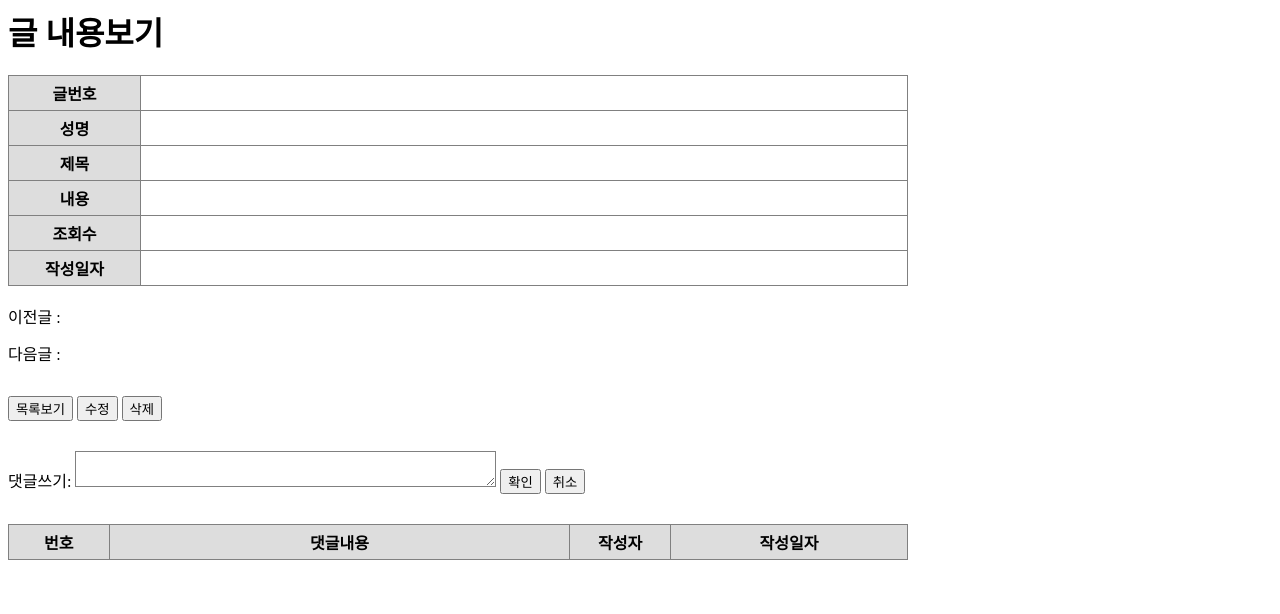
Repository: gold37/Spring
Page: http://localhost/Board/WEB-INF/views/tiles1/board/view.jsp
These files come from the project's save history. The page is drawn as it stood at one moment and after the next save; the edit follows.
The browser window is 1280 px wide. The pictures show the whole page.
The page is served by Tomcat 9. Nobody is signed in. Other server files are loaded and not shown. The template is opened directly, without the code that normally fills it, so the values that code supplies are empty.

Above is the page before, as saved 2020-07-17 06:48:34.
Console error: ReferenceError: $ is not defined

### springworkspace/Board/src/main/webapp/WEB-INF/views/tiles1/board/view.jsp
<%@ page language="java" contentType="text/html; charset=UTF-8"
    pageEncoding="UTF-8"%>

<%@ taglib prefix="c" uri="http://java.sun.com/jsp/jstl/core" %>

<style>

table, th, td, input, textarea {
	border: solid gray 1px;
}

#table, #table2 {
	border-collapse: collapse;
 	width: 900px;
}

#table th, #table td{padding: 5px;}
#table th{width: 120px; background-color: #DDDDDD;}
#table td{width: 750px;}
.long {width: 470px;}
.short {width: 120px;}

.move {cursor: pointer;}
.moveColor {font-weight: bold;}

a {text-decoration: none !important;}


</style>

<script type="text/javascript">

	$(document).ready(function(){

		$(".move").hover(function(){
						$(this).addClass("moveColor");
					},
					function(){
						$(this).removeClass("moveColor");
					});

	});


</script>


<div style="">
	<h1>글 내용보기</h1>

	<table id="table" style="word-wrap: break-word; table-layout: fixted;">
		<tr>
			<th>글번호</th>
			<td>${boardvo.seq}</td>
		</tr>
		<tr>
			<th>성명</th>
			<td>${boardvo.name}</td>
		</tr>
		<tr>
			<th>제목</th>
			<td>${boardvo.subject}</td>
		</tr>
		<tr>
			<th>내용</th>
			<td>
				<p style="word-break: break-all;">${boardvo.content}</p>
				<%--
					style="word-break: break-all; 은 공백없는 긴영문일 경우 width 크기를 뚫고 나오는 것을 막는 것임.
					그런데 style="word-break: break-all; 나 style="word-wrap: break-word; 은
			       	테이블태그의 <td>태그에는 안되고 <p> 나 <div> 태그안에서 적용되어지므로 <td>태그에서 적용하려면
			    	<table>태그속에 style="word-wrap: break-word; table-layout: fixed;" 을 주면 된다.
				--%>
			</td>
		</tr>
		<tr>
			<th>조회수</th>
			<td>${boardvo.readCount}</td>
		</tr>
		<tr>
			<th>작성일자</th>
			<td>${boardvo.regDate}</td>
		</tr>
	</table>

	<br/>

	<div style="margin-bottom: 1%;">이전글&nbsp;:&nbsp;<span class="move" onclick="javascript:location.href='view.action?seq=${boardvo.previousseq}'">${boardvo.previoussubject}</span></div>
	<div style="margin-bottom: 1%;">다음글&nbsp;:&nbsp;<span class="move" onclick="javascript:location.href='view.action?seq=${boardvo.nextseq}'">${boardvo.nextsubject}</span></div>

	<br/>

	<button type="button" onclick="javascript:location.href='list.action'" >목록보기</button>
	<button type="button" onclick="javascript:location.href='edit.action?seq=${boardvo.seq}'" >수정</button>
	<button type="button" onclick="javascript:location.href='delete.action?seq=${boardvo.seq}'" >삭제</button>


	<div style="margin-top: 30px;">
		댓글쓰기:
		<textarea rows="2" cols="50"></textarea>
		<button>확인</button>
		<button>취소</button>
	</div>

	<table id="table" style="margin-top: 30px;">
		<tr>
			<th style="width: 70px;  text-align: center;">번호</th>
			<th style="width: 360px; text-align: center;">댓글내용</th>
			<th style="width: 70px;  text-align: center;">작성자</th>
			<th style="width: 180px; text-align: center;">작성일자</th>
		</tr>
		<c:forEach var="boardvo" items="${boardList}" varStatus="status">
			<tr>
				<td align="center">${boardvo.seq}</td>
				<td align="left">
					<span class="subject" onclick="goView('${boardvo.seq}')">${boardvo.subject}</span>
				</td>
				<td align="center">${boardvo.content}</td>
				<td align="center">${boardvo.name}</td>
				<td align="center">${boardvo.regDate}</td>
		</c:forEach>
	</table>

</div>

After the next save:
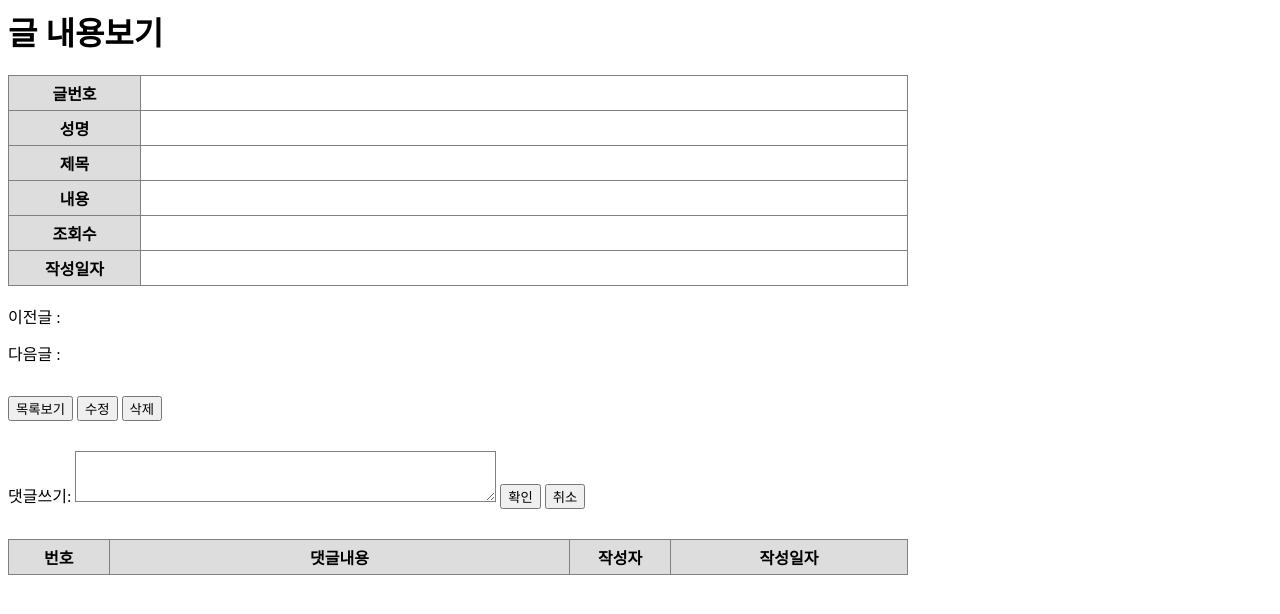
Saved 8 s later.
--- a/springworkspace/Board/src/main/webapp/WEB-INF/views/tiles1/board/view.jsp
+++ b/springworkspace/Board/src/main/webapp/WEB-INF/views/tiles1/board/view.jsp
@@ -97,7 +97,7 @@
 
 	<div style="margin-top: 30px;">
 		댓글쓰기:
-		<textarea rows="2" cols="50"></textarea>
+		<textarea rows="3" cols="50"></textarea>
 		<button>확인</button>
 		<button>취소</button>
 	</div>

After the save that followed:
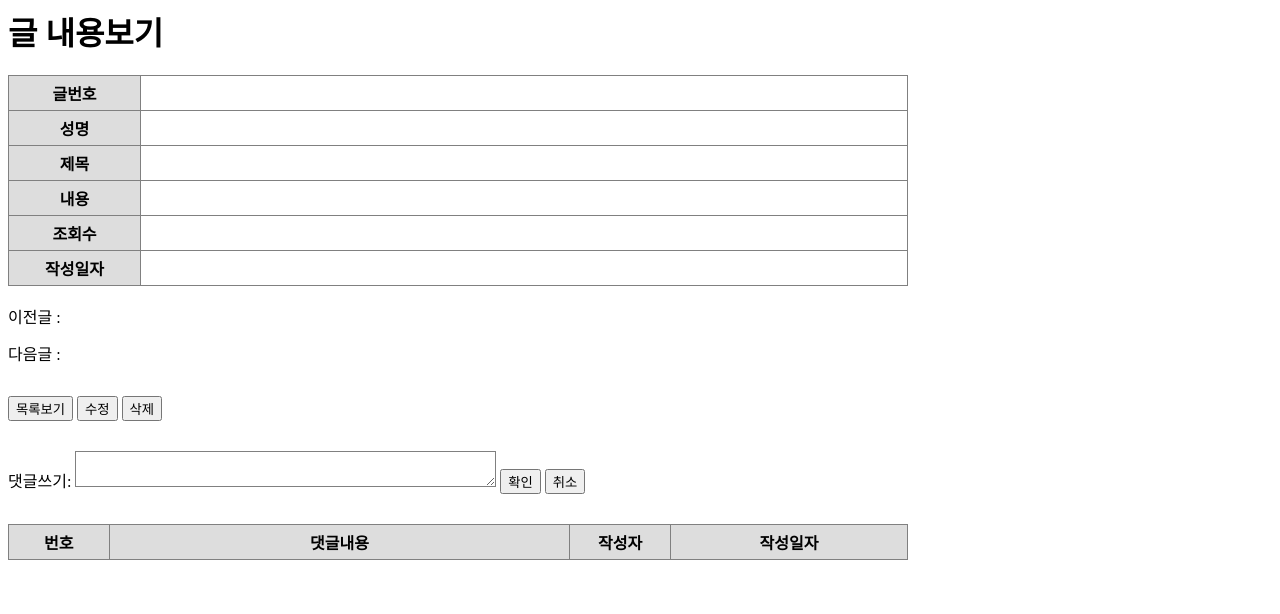
Saved 13 s later.
--- a/springworkspace/Board/src/main/webapp/WEB-INF/views/tiles1/board/view.jsp
+++ b/springworkspace/Board/src/main/webapp/WEB-INF/views/tiles1/board/view.jsp
@@ -97,7 +97,7 @@
 
 	<div style="margin-top: 30px;">
 		댓글쓰기:
-		<textarea rows="3" cols="50"></textarea>
+		<textarea rows="2" cols="50"></textarea>
 		<button>확인</button>
 		<button>취소</button>
 	</div>
